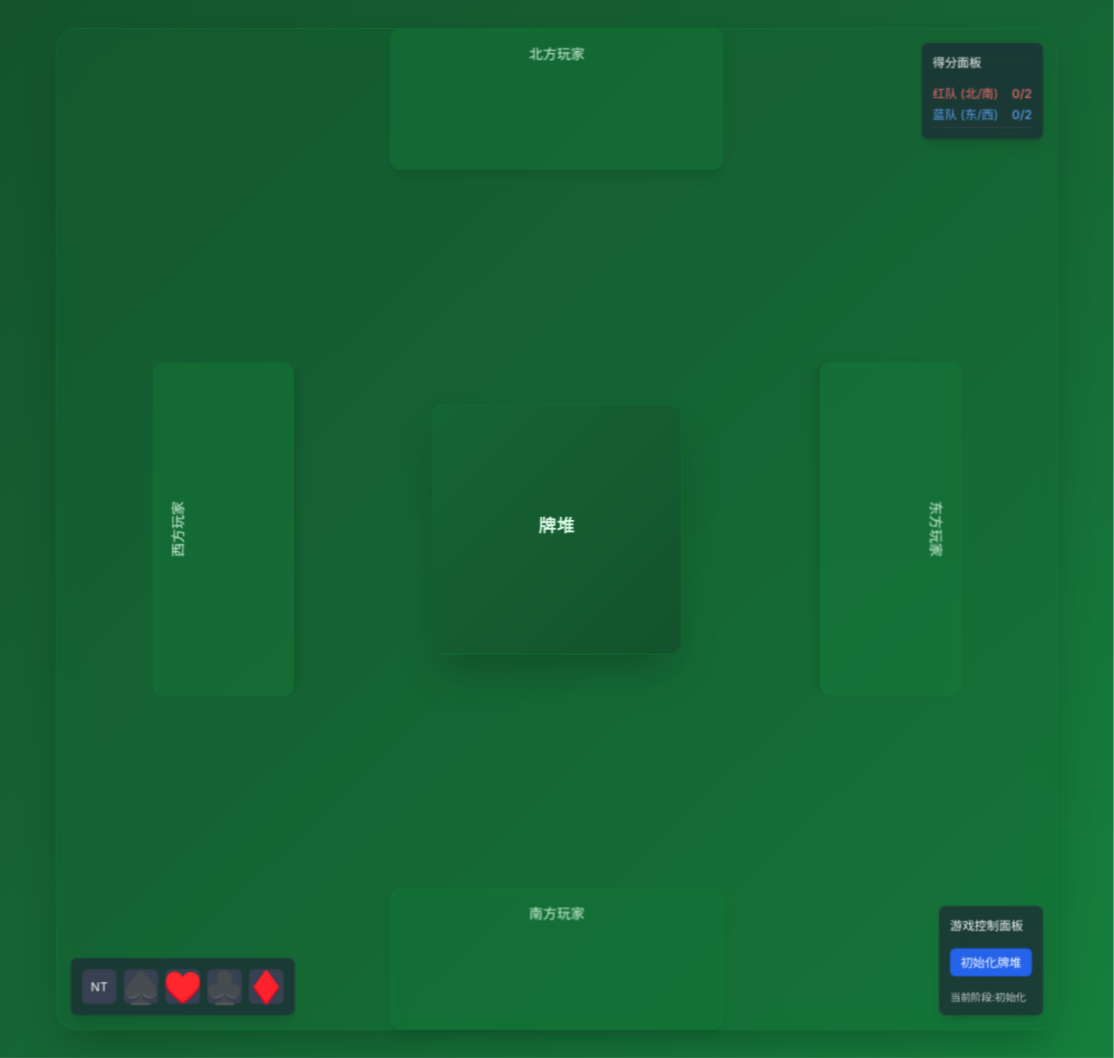
Repository: laofansay/Tractor80
Page: /
An editor plug-in stored every save of this project. The page is shown before and after the next save, followed by the edit.
The browser window is 1280 px wide. The pictures show the whole page, at 87% of full size.
The project was rebuilt for these pictures with package versions that can differ from the ones it lists, and the page was loaded fresh each time. The framework's server and built-in components were replaced by stand-ins that run in the browser. Also part of the build but not shown: next.config.js, app/components/Card.tsx.

Above is the page before, as saved 2025-03-10 21:25:48.

### app/layout.tsx
import type { Metadata } from 'next'
import { Inter } from 'next/font/google'
import './globals.css'

const inter = Inter({ subsets: ['latin'] })

export const metadata: Metadata = {
  title: 'Card Game',
  description: 'A Next.js Card Game Application',
}

export default function RootLayout({
  children,
}: {
  children: React.ReactNode
}) {
  return (
    <html lang="en">
      <body className={inter.className}>{children}</body>
    </html>
  )
}

### app/globals.css
@tailwind base;
@tailwind components;
@tailwind utilities;

:root {
  --foreground-rgb: 0, 0, 0;
  --background-start-rgb: 214, 219, 220;
  --background-end-rgb: 255, 255, 255;
}

@media (prefers-color-scheme: dark) {
  :root {
    --foreground-rgb: 255, 255, 255;
    --background-start-rgb: 0, 0, 0;
    --background-end-rgb: 0, 0, 0;
  }
}

body {
  color: rgb(var(--foreground-rgb));
  background: linear-gradient(
    to bottom,
    transparent,
    rgb(var(--background-end-rgb))
  )
  rgb(var(--background-start-rgb));
}

### app/components/AdminPanel.tsx
'use client';

import { useState } from 'react';
import { Card } from './Card';
import { GamePhase, Position } from './constant/Constant';

type AdminPanelProps = {
    onInitialize: () => void;
    onDeal: () => void;
    onPickBottomCards: () => void;
    onBottomCards: () => void;
    onStartPlaying: () => void;
    gamePhase: GamePhase;
    deckLength: number;
};

export function AdminPanel({
    onInitialize,
    onDeal,
    onPickBottomCards,
    onBottomCards,
    onStartPlaying,
    gamePhase,
    deckLength,
}: AdminPanelProps) {

    return (
        <div className="absolute bottom-4 right-4 p-3 bg-gray-800/70 rounded-lg backdrop-blur-md border border-gray-700/50 shadow-lg">
            <div className="flex flex-col gap-2">
                <div className="text-white text-sm mb-2 font-medium">游戏控制面板</div>

                {(gamePhase === 'initial' || gamePhase === 'playing') && (
                    <button
                        onClick={onInitialize}
                        className="px-3 py-1.5 bg-blue-600 hover:bg-blue-500 text-white rounded-md transition-colors text-sm"
                    >
                        {gamePhase === 'playing' ? '重新开始' : '初始化牌堆'}
                    </button>
                )}

                {gamePhase === 'initial' && deckLength > 0 && (
                    <button
                        onClick={onDeal}
                        className="px-3 py-1.5 bg-green-600 hover:bg-green-500 text-white rounded-md transition-colors text-sm"
                    >
                        开始发牌
                    </button>
                )}

                {gamePhase === 'pickBottomCards' && (
                    <button
                        onClick={onPickBottomCards}
                        className="px-3 py-1.5 bg-yellow-600 hover:bg-yellow-500 text-white rounded-md transition-colors text-sm"
                    >
                        庄家拾底
                    </button>
                )}

                {gamePhase === 'bottomCards' && (
                    <button
                        onClick={onBottomCards}
                        className="px-3 py-1.5 bg-yellow-600 hover:bg-yellow-500 text-white rounded-md transition-colors text-sm"
                    >
                        庄家扣底
                    </button>
                )}

                {gamePhase === 'bottomCards' && (
                    <button
                        onClick={onStartPlaying}
                        className="px-3 py-1.5 bg-red-600 hover:bg-red-500 text-white rounded-md transition-colors text-sm"
                    >
                        开始出牌
                    </button>
                )}

                <div className="text-gray-300 text-xs mt-2">
                    当前阶段:
                    {gamePhase === 'initial' && '初始化'}
                    {gamePhase === 'dealing' && '发牌中'}
                    {gamePhase === 'trumpSelection' && '亮主阶段'}
                    {gamePhase === 'pickBottomCards' && '庄家拾底'}
                    {gamePhase === 'bottomCards' && '庄家扣底'}
                    {gamePhase === 'playing' && '出牌阶段'}
                </div>
            </div>
        </div>
    );
}

### app/components/SoundEffect.tsx
'use client';

import { audioManager } from './AudioManager';

export class SoundEffect {
    static #instance;

    constructor() {
        // 私有构造函数，确保单例模式
    }

    public static getInstance(): SoundEffect {
        if (!SoundEffect.#instance) {
            SoundEffect.#instance = new SoundEffect();
        }
        return SoundEffect.#instance;
    }

    /**
     * 预加载音效
     * @param soundId 音效ID
     * @param soundPath 音效文件路径
     * @param fallbackSoundPath 备用音效路径（可选）
     */
    public preloadSound(soundId: string, soundPath: string, fallbackSoundPath?: string): void {
        if (typeof window === 'undefined') return; // 服务器端不执行

        // 使用AudioManager来处理音频加载
        audioManager.preloadSound(soundId, soundPath, fallbackSoundPath);
    }

    /**
     * 播放音效
     * @param soundId 音效ID
     * @returns 是否成功播放
     */
    public playSound(soundId: string): boolean {
        if (typeof window === 'undefined') return false; // 服务器端不执行

        // 使用AudioManager来处理音频播放
        return audioManager.playSound(soundId);
    }

    /**
     * 停止播放音效
     * @param soundId 音效ID
     */
    public stopSound(soundId: string): void {
        if (typeof window === 'undefined') return; // 服务器端不执行

        // 使用AudioManager来处理音频停止
        audioManager.stopSound(soundId);
    }

    /**
     * 检查音效是否已加载并可以播放
     * @param soundId 音效ID
     * @returns 是否可以播放
     */
    public canPlaySound(soundId: string): boolean {
        if (typeof window === 'undefined') return false; // 服务器端不执行

        // 使用AudioManager来检查音频是否可以播放
        return audioManager.canPlaySound(soundId);
    }

    /**
     * 启用或禁用所有音效
     * @param enabled 是否启用音效
     */
    public setAudioEnabled(enabled: boolean): void {
        audioManager.setAudioEnabled(enabled);
    }

    /**
     * 获取音效是否启用
     * @returns 音效是否启用
     */
    public isAudioEnabled(): boolean {
        return audioManager.isAudioEnabled();
    }
}

// 导出单例实例
export const soundEffect = SoundEffect.getInstance();

### app/components/ScorePanel.tsx
import React from 'react';
import { Position } from './constant/Constant';

interface ScorePanelProps {
  scores: {
    north: number;
    east: number;
    south: number;
    west: number;
  };
  dealerPosition: Position;
  redUpLevel: string;
  blueUpLevel: string;
}

export function ScorePanel({ scores, dealerPosition, redUpLevel, blueUpLevel }: ScorePanelProps) {
  // 计算庄家和闲家的总分
  const dealerScore = scores[dealerPosition];
  const nonDealerScore = Object.entries(scores)
    .filter(([position]) => position !== dealerPosition)
    .reduce((total, [_, score]) => total + score, 0);

  // 计算红蓝阵营的总分
  const redTeamScore = scores.north + scores.south;
  const blueTeamScore = scores.east + scores.west;

  return (
    <div className="absolute top-4 right-4 p-3 bg-gray-800/70 rounded-lg backdrop-blur-md border border-gray-700/50 shadow-lg">
      <div className="flex flex-col gap-2">
        <div className="text-white text-sm mb-2 font-medium">得分面板</div>
        <div className="space-y-1">
          <div className="flex justify-between text-sm">
            <span className="text-red-400">红队 (北/南)</span>
            <span className="text-red-400 font-medium ml-4">{redTeamScore}/{redUpLevel}</span>
          </div>
          <div className="flex justify-between text-sm">
            <span className="text-blue-400">蓝队 (东/西)</span>
            <span className="text-blue-400 font-medium ml-4">{blueTeamScore}/{blueUpLevel}</span>
          </div>
          <div className="border-t border-gray-700 my-2"></div>
        </div>
      </div>
    </div>
  );
}

### app/components/TrumpSelectionPanel.tsx
'use client';

import React from 'react';

type TrumpSelectionPanelProps = {
  onSelectTrump: (trumpSuit: string | null) => void;
  gamePhase: string;
  availableSuits: string[];
  trumpSuit: string[];
};

export function TrumpSelectionPanel({ onSelectTrump, gamePhase, availableSuits, trumpSuit }: TrumpSelectionPanelProps) {
  // 只在亮主阶段显示
  if (gamePhase !== 'trumpSelection') {
    //return null;
  }

  return (
    <div className="absolute bottom-4 left-4 p-3 bg-gray-800/70 rounded-lg backdrop-blur-md border border-gray-700/50 shadow-lg">
      <div className="flex flex-col gap-2">
        <div className="flex flex-row gap-2">
          <button
            onClick={() => trumpSuit.length === 0 ? onSelectTrump('NT') : null}
            className={`w-10 h-10 ${trumpSuit.length === 0 && availableSuits.includes('S') ? 'bg-red-600 hover:bg-red-500 cursor-pointer' : 'bg-gray-700 cursor-not-allowed'} text-white rounded-md transition-colors text-sm flex items-center justify-center`}
            title="无主"
            disabled={trumpSuit.length > 0 || !availableSuits.includes('NT')}
          >
            NT
          </button>
          <button
            onClick={() => trumpSuit.length === 0 && availableSuits.includes('S') ? onSelectTrump('S') : null}
            className={`w-10 h-10 ${trumpSuit.length === 0 && availableSuits.includes('S') ? 'bg-red-600 hover:bg-red-500 cursor-pointer' : 'bg-gray-700 cursor-not-allowed'} text-white rounded-md transition-colors text-4xl flex items-center justify-center`}
            title="黑桃"
            disabled={trumpSuit.length > 0 || !availableSuits.includes('S')}
          >
            ♠️
          </button>
          <button
            onClick={() => trumpSuit.length === 0 && availableSuits.includes('H') ? onSelectTrump('H') : null}
            className={`w-10 h-10 ${trumpSuit.length === 0 && availableSuits.includes('H') ? 'bg-red-600 hover:bg-red-500 cursor-pointer' : 'bg-gray-700 cursor-not-allowed'} text-white rounded-md transition-colors text-4xl flex items-center justify-center`}
            title="红桃"
            disabled={trumpSuit.length > 0 || !availableSuits.includes('H')}
          >
            ♥️
          </button>
          <button
            onClick={() => trumpSuit.length === 0 && availableSuits.includes('C') ? onSelectTrump('C') : null}
            className={`w-10 h-10 ${trumpSuit.length === 0 && availableSuits.includes('C') ? 'bg-red-600 hover:bg-red-500 cursor-pointer' : 'bg-gray-700 cursor-not-allowed'} text-white rounded-md transition-colors text-4xl flex items-center justify-center`}
            title="梅花"
            disabled={trumpSuit.length > 0 || !availableSuits.includes('C')}
          >
            ♣️
          </button>
          <button
            onClick={() => trumpSuit.length === 0 && availableSuits.includes('D') ? onSelectTrump('D') : null}
            className={`w-10 h-10 ${trumpSuit.length === 0 && availableSuits.includes('D') ? 'bg-red-600 hover:bg-red-500 cursor-pointer' : 'bg-gray-700 cursor-not-allowed'} text-white rounded-md transition-colors text-4xl flex items-center justify-center`}
            title="方块"
            disabled={trumpSuit.length > 0 || !availableSuits.includes('D')}
          >
            ♦️
          </button>
        </div>
      </div>
    </div>
  );
}

### app/components/AudioManager.tsx
'use client';

/**
 * 音频管理器类
 * 提供音效加载、播放和错误处理功能
 */
export class AudioManager {
  private static instance: AudioManager;
  private audioElements: Map<string, HTMLAudioElement> = new Map();
  private fallbackMode: boolean = false;
  private audioEnabled: boolean = true;

  private constructor() {
    // 私有构造函数，确保单例模式
    this.checkAudioSupport();
  }

  public static getInstance(): AudioManager {
    if (!AudioManager.instance) {
      AudioManager.instance = new AudioManager();
    }
    return AudioManager.instance;
  }

  /**
   * 检查浏览器是否支持音频
   */
  private checkAudioSupport(): void {
    if (typeof window === 'undefined') return;

    try {
      const audio = new Audio();
      this.audioEnabled = !!audio && typeof audio.play === 'function';
      if (!this.audioEnabled) {
        console.warn('当前环境不支持音频播放');
      }
    } catch (error) {
      console.error('检查音频支持时出错:', error);
      this.audioEnabled = false;
    }
  }

  /**
   * 预加载音效
   * @param soundId 音效ID
   * @param soundPath 音效文件路径
   * @param fallbackSoundPath 备用音效路径（可选）
   */
  public preloadSound(soundId: string, soundPath: string, fallbackSoundPath?: string): void {
    if (typeof window === 'undefined' || !this.audioEnabled) return;

    if (!this.audioElements.has(soundId)) {
      try {
        // 确保路径正确，添加基础URL前缀
        const fullPath = soundPath.startsWith('/') ? soundPath : `/${soundPath}`;
        const baseUrl = window.location.origin;
        const absolutePath = new URL(fullPath, baseUrl).toString();

        const audio = new Audio();
        audio.preload = 'auto';

        // 添加加载错误处理
        audio.addEventListener('error', (e) => {
          const errorDetails = {
            code: audio.error?.code,
            message: audio.error?.message,
            path: absolutePath
          };
          console.error(`音效 ${soundId} 加载失败:`, errorDetails);

          // 尝试加载备用音效
          if (fallbackSoundPath && !this.fallbackMode) {
            console.log(`尝试加载备用音效: ${fallbackSoundPath}`);
            this.fallbackMode = true;
            this.preloadSound(soundId, fallbackSoundPath);
          }
        });

        // 添加加载成功处理
        audio.addEventListener('canplaythrough', () => {
          console.log(`音效 ${soundId} 加载成功，可以播放`);
        });

        // 设置音频源
        audio.src = absolutePath;

        this.audioElements.set(soundId, audio);
      } catch (error) {
        console.error(`音效 ${soundId} 初始化失败:`, error);
      }
    }
  }

  /**
   * 播放音效
   * @param soundId 音效ID
   * @returns 是否成功播放
   */
  public playSound(soundId: string): boolean {
    if (typeof window === 'undefined' || !this.audioEnabled) return false;

    const audio = this.audioElements.get(soundId);
    if (audio) {
      // 检查音频是否已加载并可以播放
      if (audio.error) {
        console.error(`音效 ${soundId} 无法播放，加载失败:`, audio.error);
        return false;
      }

      // 检查音频是否已经加载足够的数据可以播放
      if (audio.readyState < 2) { // HAVE_CURRENT_DATA or higher
        console.warn(`音效 ${soundId} 尚未加载完成，无法播放`);
        return false;
      }

      try {
        // 重置音频以便重复播放
        audio.currentTime = 0;
        const playPromise = audio.play();

        if (playPromise !== undefined) {
          playPromise.catch(error => {
            console.error(`播放音效 ${soundId} 失败:`, error);
          });
        }
        return true;
      } catch (error) {
        console.error(`播放音效 ${soundId} 时出错:`, error);
        return false;
      }
    } else {
      console.warn(`音效 ${soundId} 未预加载`);
      return false;
    }
  }

  /**
   * 停止播放音效
   * @param soundId 音效ID
   */
  public stopSound(soundId: string): void {
    if (typeof window === 'undefined' || !this.audioEnabled) return;

    const audio = this.audioElements.get(soundId);
    if (audio) {
      try {
        audio.pause();
        audio.currentTime = 0;
      } catch (error) {
        console.error(`停止音效 ${soundId} 时出错:`, error);
      }
    }
  }

  /**
   * 检查音效是否已加载并可以播放
   * @param soundId 音效ID
   * @returns 是否可以播放
   */
  public canPlaySound(soundId: string): boolean {
    if (typeof window === 'undefined' || !this.audioEnabled) return false;

    const audio = this.audioElements.get(soundId);
    if (!audio) return false;

    // 检查音频元素是否有错误
    if (audio.error) return false;

    // 检查音频是否已经加载足够的数据可以播放
    return audio.readyState >= 2; // HAVE_CURRENT_DATA or higher
  }

  /**
   * 启用或禁用所有音效
   * @param enabled 是否启用音效
   */
  public setAudioEnabled(enabled: boolean): void {
    this.audioEnabled = enabled;
  }

  /**
   * 获取音效是否启用
   * @returns 音效是否启用
   */
  public isAudioEnabled(): boolean {
    return this.audioEnabled;
  }

  /**
   * 创建一个简单的音效（用于在无法加载外部音效时使用）
   * @param frequency 频率（赫兹）
   * @param duration 持续时间（毫秒）
   * @param volume 音量（0-1）
   * @returns 音频元素
   */
  public createToneSound(frequency: number = 440, duration: number = 200, volume: number = 0.5): HTMLAudioElement | null {
    if (typeof window === 'undefined' || !this.audioEnabled) return null;

    try {
      // 检查是否支持Web Audio API
      if (!window.AudioContext && !(window as any).webkitAudioContext) {
        console.warn('当前浏览器不支持Web Audio API');
        return null;
      }

      const AudioContext = window.AudioContext || (window as any).webkitAudioContext;
      const audioCtx = new AudioContext();

      // 创建振荡器
      const oscillator = audioCtx.createOscillator();
      oscillator.type = 'sine';
      oscillator.frequency.setValueAtTime(frequency, audioCtx.currentTime);

      // 创建音量控制
      const gainNode = audioCtx.createGain();
      gainNode.gain.setValueAtTime(volume, audioCtx.currentTime);

      // 连接节点
      oscillator.connect(gainNode);
      gainNode.connect(audioCtx.destination);

      // 创建音频元素
      const audio = new Audio();

      // 开始振荡
      oscillator.start();

      // 设置定时器停止振荡
      setTimeout(() => {
        oscillator.stop();
        audioCtx.close();
      }, duration);

      return audio;
    } catch (error) {
      console.error('创建音效失败:', error);
      return null;
    }
  }
}

// 导出单例实例
export const audioManager = AudioManager.getInstance();

Loaded but not shown: tailwind.config.js (19 lines, source omitted); app/page.tsx (827 lines, source omitted); app/components/CardArea.tsx (179 lines, source omitted)

After the next save:
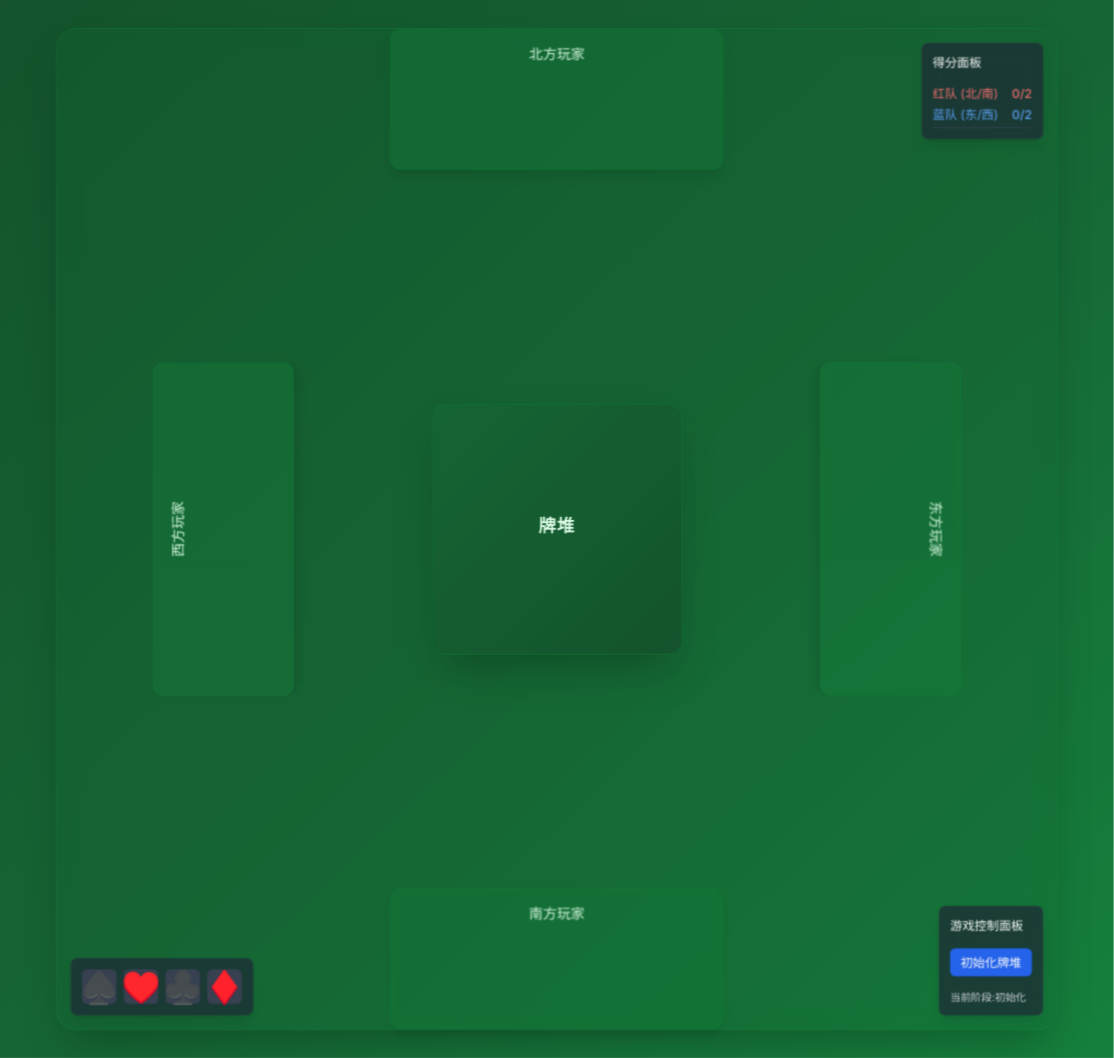
Saved 67 s later.
--- a/app/components/TrumpSelectionPanel.tsx
+++ b/app/components/TrumpSelectionPanel.tsx
@@ -19,14 +19,7 @@
     <div className="absolute bottom-4 left-4 p-3 bg-gray-800/70 rounded-lg backdrop-blur-md border border-gray-700/50 shadow-lg">
       <div className="flex flex-col gap-2">
         <div className="flex flex-row gap-2">
-          <button
-            onClick={() => trumpSuit.length === 0 ? onSelectTrump('NT') : null}
-            className={`w-10 h-10 ${trumpSuit.length === 0 && availableSuits.includes('S') ? 'bg-red-600 hover:bg-red-500 cursor-pointer' : 'bg-gray-700 cursor-not-allowed'} text-white rounded-md transition-colors text-sm flex items-center justify-center`}
-            title="无主"
-            disabled={trumpSuit.length > 0 || !availableSuits.includes('NT')}
-          >
-            NT
-          </button>
+
           <button
             onClick={() => trumpSuit.length === 0 && availableSuits.includes('S') ? onSelectTrump('S') : null}
             className={`w-10 h-10 ${trumpSuit.length === 0 && availableSuits.includes('S') ? 'bg-red-600 hover:bg-red-500 cursor-pointer' : 'bg-gray-700 cursor-not-allowed'} text-white rounded-md transition-colors text-4xl flex items-center justify-center`}

After the save that followed:
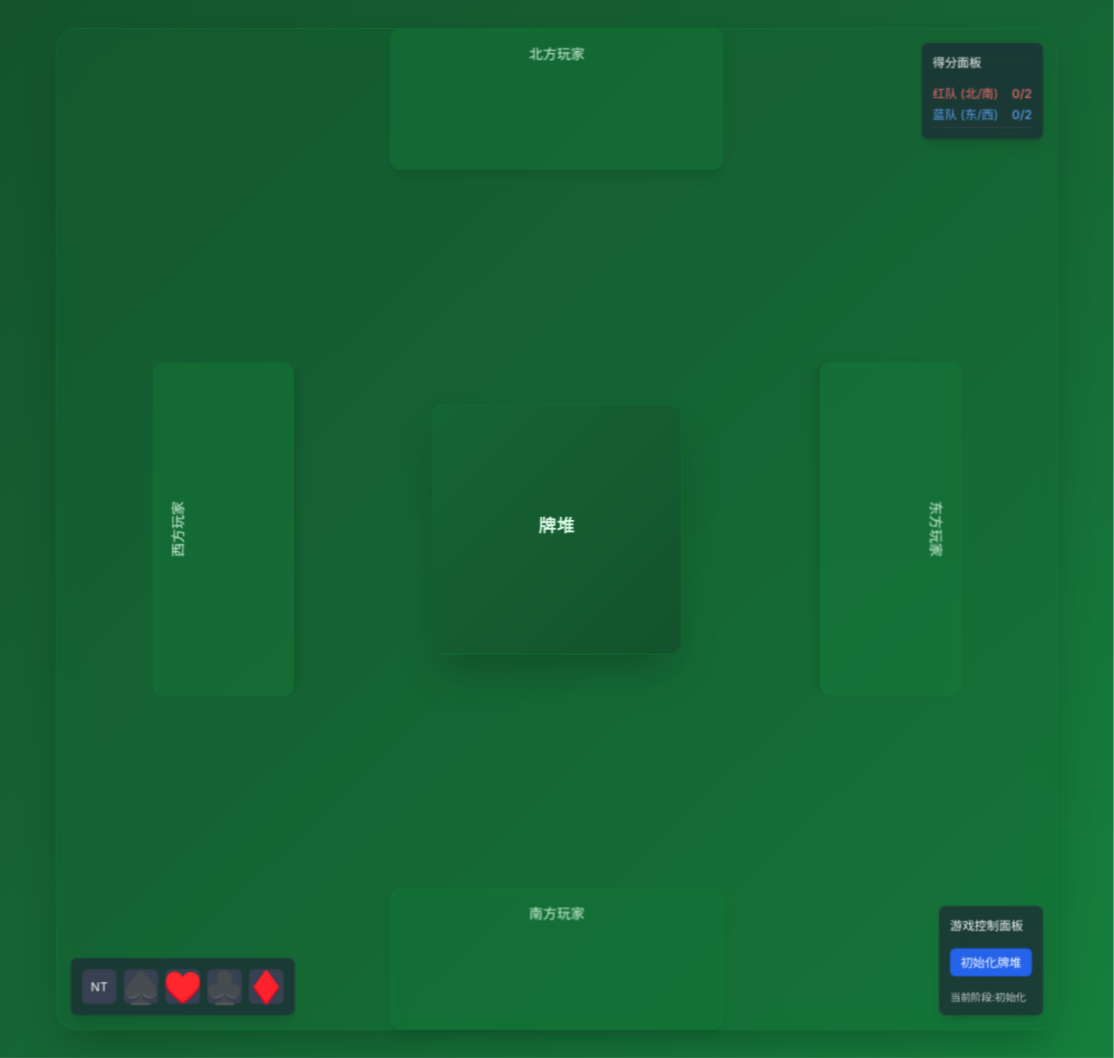
Saved 22 s later.
--- a/app/components/TrumpSelectionPanel.tsx
+++ b/app/components/TrumpSelectionPanel.tsx
@@ -19,7 +19,14 @@
     <div className="absolute bottom-4 left-4 p-3 bg-gray-800/70 rounded-lg backdrop-blur-md border border-gray-700/50 shadow-lg">
       <div className="flex flex-col gap-2">
         <div className="flex flex-row gap-2">
-
+          <button
+            onClick={() => trumpSuit.length === 0 ? onSelectTrump('NT') : null}
+            className={`w-10 h-10 ${trumpSuit.length === 0 && availableSuits.includes('S') ? 'bg-red-600 hover:bg-red-500 cursor-pointer' : 'bg-gray-700 cursor-not-allowed'} text-white rounded-md transition-colors text-sm flex items-center justify-center`}
+            title="无主"
+            disabled={trumpSuit.length > 0 || !availableSuits.includes('NT')}
+          >
+            NT
+          </button>
           <button
             onClick={() => trumpSuit.length === 0 && availableSuits.includes('S') ? onSelectTrump('S') : null}
             className={`w-10 h-10 ${trumpSuit.length === 0 && availableSuits.includes('S') ? 'bg-red-600 hover:bg-red-500 cursor-pointer' : 'bg-gray-700 cursor-not-allowed'} text-white rounded-md transition-colors text-4xl flex items-center justify-center`}
